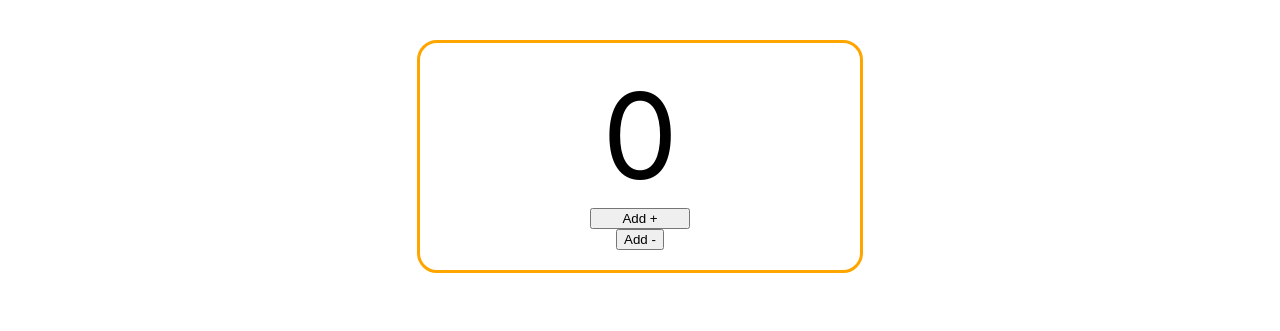
Repository: dnjfht/css-example
Page: /
These files come from the project's save history. The page is drawn as it stood at one moment and after the next save; the edit follows.
The browser window is 1280 px wide. The pictures show the whole page.
The project was rebuilt for these pictures with package versions that can differ from the ones it lists, and the page was loaded fresh each time.

Above is the page before, as saved 2023-05-09 18:46:17.

After the next save:
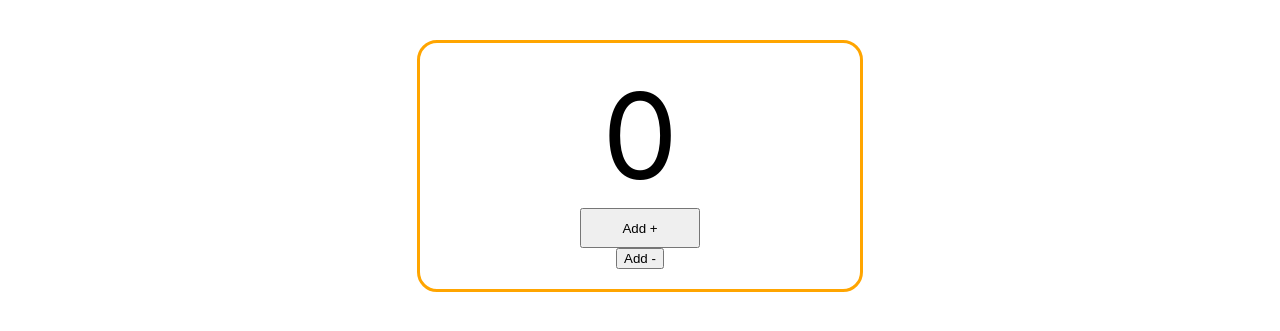
Saved 14 s later.
--- a/src/components/Counter.jsx
+++ b/src/components/Counter.jsx
@@ -23,7 +23,7 @@ export default function Counter({ count, setCount }) {
       }}
     >
       <span style={{ fontSize: 120 }}>{count}</span>
-      <button style={{ width: 100 }} onClick={handleClickCountUp}>
+      <button style={{ width: 120, height: 40 }} onClick={handleClickCountUp}>
         Add +
       </button>
       <button onClick={handleClickCountDown}>Add -</button>
